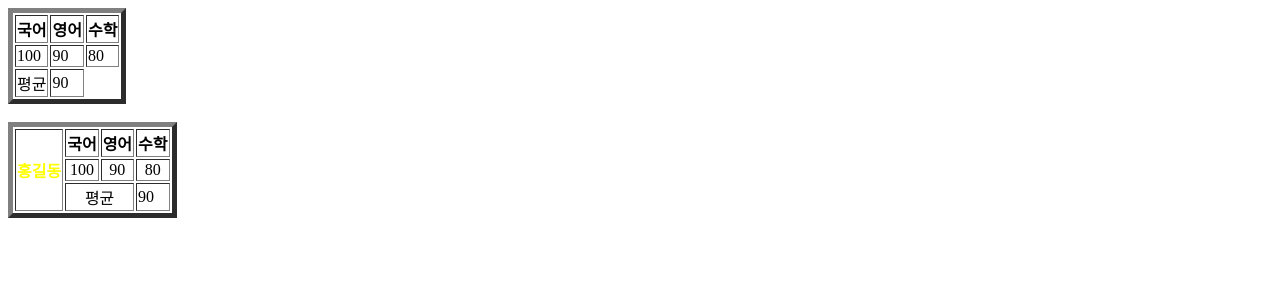
Repository: tjdwlsaos22/TJ_JSP
Page: jsp/HTML/src/main/webapp/Lec04.html
An editor plug-in stored every save of this project. The page is shown before and after the next save, followed by the edit.
The browser window is 1280 px wide. The pictures show the whole page.

Above is the page before, as saved 2024-01-17 03:16:10.

### jsp/HTML/src/main/webapp/Lec04.html
<!DOCTYPE html>
<html>
	<head>
		<meta charset="UTF-8">
		<title>Table Tag</title>
	</head>
	<body>
		<table border="5">
			<tr>
				<th>국어</th>
				<th>영어</th>
				<th>수학</th>
			</tr>
			<tr>
				<td>100</td>
				<td>90</td>
				<td>80</td>
			</tr>
			<tr>
				<td colspan="1">평균</td>
				<td>90</td>
			</tr>
		</table>
		<br>
		<table border="5">
			<tr>
				<th rowspan="3"><font color="yellow">홍길동</font></th>
				<th>국어</th>
				<th>영어</th>
				<th>수학</th>
			</tr>
			<tr>
				<td align="center">100</td>
				<td align="center">90</td>
				<td align="center">80</td>
			</tr>
			<tr>
				<td colspan="2" align="center">평균</td>
				<td>90</td>
			</tr>
		</table>
	</body>
</html>

After the next save:
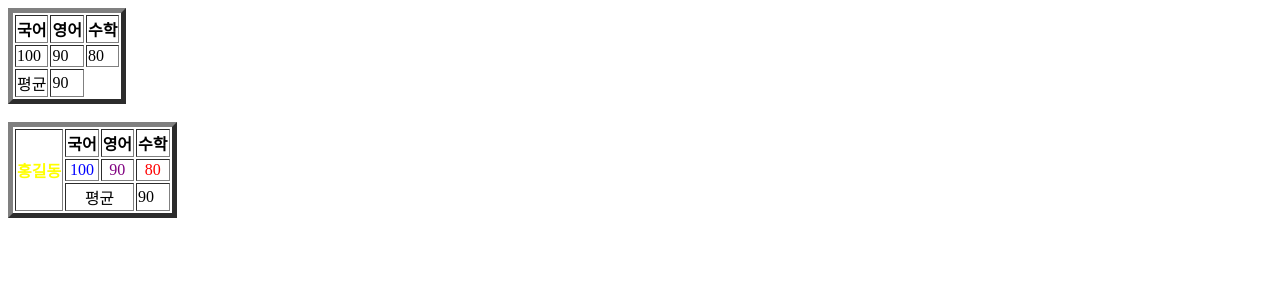
Saved 2 min 40 s later.
--- a/jsp/HTML/src/main/webapp/Lec04.html
+++ b/jsp/HTML/src/main/webapp/Lec04.html
@@ -1,6 +1,8 @@
 <!DOCTYPE html>
 <html>
 	<head>
+	 	<meta charset="UTF-8">
+  		<meta name="viewport" content="width=device-width, initial-scale=1.0">
 		<meta charset="UTF-8">
 		<title>Table Tag</title>
 	</head>
@@ -30,9 +32,9 @@
 				<th>수학</th>
 			</tr>
 			<tr>
-				<td align="center">100</td>
-				<td align="center">90</td>
-				<td align="center">80</td>
+				<td align="center"><font color="blue">100</font></td>
+				<td align="center"><font color="purple">90</font></td>
+				<td align="center"><font color="red">80</font></td>
 			</tr>
 			<tr>
 				<td colspan="2" align="center">평균</td>
